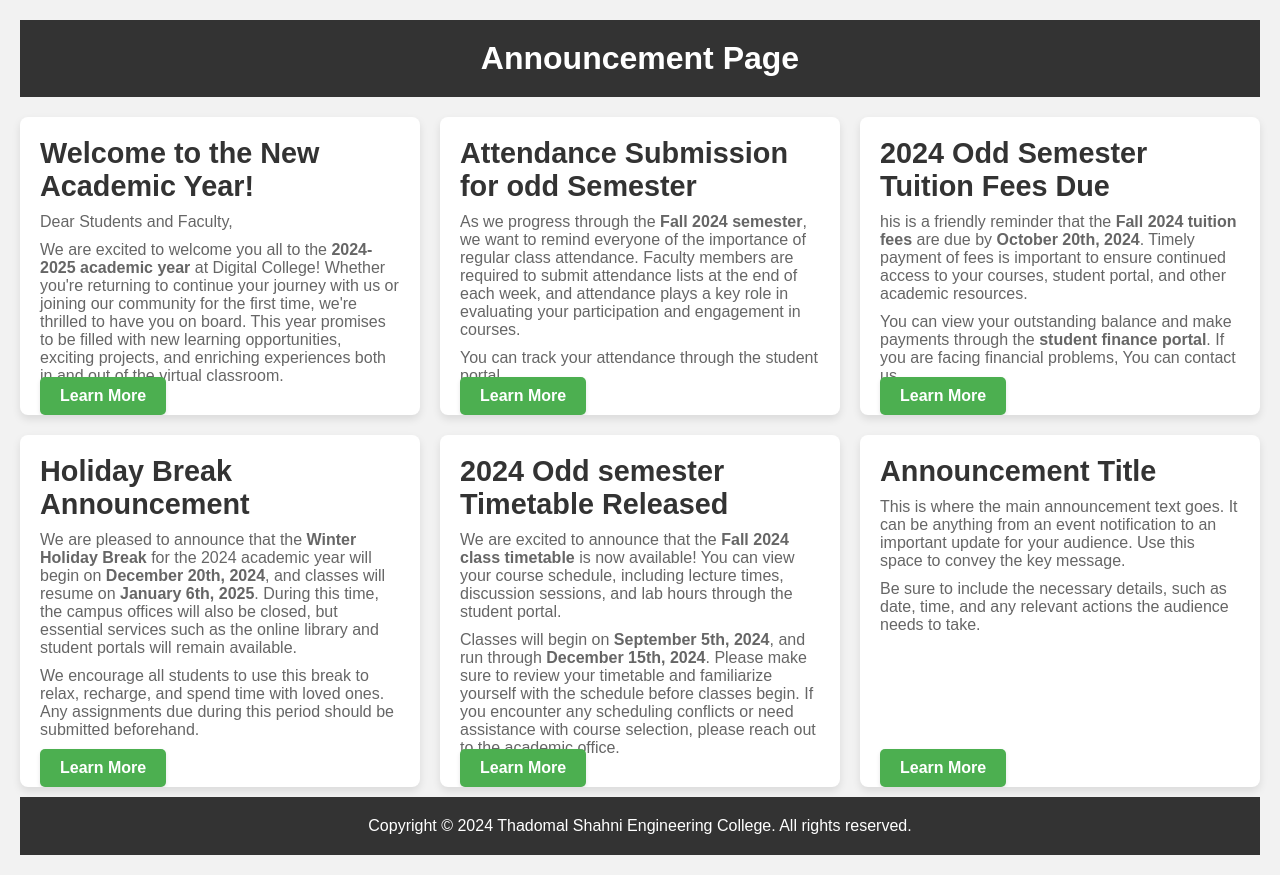
Repository: TejasS1233/MINITHON-hackathon-project
Page: annoucementpage.html
The author's editor kept a copy of each file at every save. The page is drawn from the files as they stood at one save, then again after the next save.
The browser window is 1280 px wide. The pictures show the whole page.

Above is the page before, as saved 2024-09-20 10:14:47.

### annoucementpage.html
<!DOCTYPE html>
<html lang="en">
<head>
    <meta charset="UTF-8">
    <meta name="viewport" content="width=device-width, initial-scale=1.0">
    <meta http-equiv="X-UA-Compatible" content="ie=edge">
    <title>Announcement Page</title>
    <link rel="stylesheet" href="styles.css">
</head>
<body>

    <div class = "announcement-heading">
        <h1>Announcement Page</h1>
    </div>

    <div class="announcement-grid">
    <div class="announcement">
        <h2>Welcome to the New Academic Year!</h2>
        <p>
            Dear Students and Faculty,
        </p>
        <p>
            We are excited to welcome you all to the <strong>2024-2025 academic year</strong> at Digital College!
        Whether you're returning to continue your journey with us or joining our community for the first time,
        we're thrilled to have you on board. This year promises to be filled with new learning opportunities,
        exciting projects, and enriching experiences both in and out of the virtual classroom.
        </p>
        <a href="#" class="cta-button">Learn More</a>
    </div>
    <div class="announcement">
        <h2>Attendance Submission for odd Semester</h2>
        <p>
            As we progress through the <strong>Fall 2024 semester</strong>, we want to remind everyone of the importance of
            regular class attendance. Faculty members are required to submit attendance lists at the end of each week,
            and attendance plays a key role in evaluating your participation and engagement in courses.
        </p>
        <p>
            You can track your attendance through the student portal.
        </p>
        <a href="#" class="cta-button">Learn More</a>
    </div>
    <div class="announcement">
        <h2>2024 Odd Semester Tuition Fees Due</h2>
        <p>
            his is a friendly reminder that the <strong>Fall 2024 tuition fees</strong> are due by <strong>October 20th, 2024</strong>.
            Timely payment of fees is important to ensure continued access to your courses, student portal, and other academic resources.
        </p>
        <p>
            You can view your outstanding balance and make payments through the <strong>student finance portal</strong>. If you are facing financial problems, You can contact us.
        </p>
        <a href="#" class="cta-button">Learn More</a>
    </div>
    <div class="announcement">
        <h2>Holiday Break Announcement</h2>
        <p>
            We are pleased to announce that the <strong>Winter Holiday Break</strong> for the 2024 academic year
        will begin on <strong>December 20th, 2024</strong>, and classes will resume on <strong>January 6th, 2025</strong>.
        During this time, the campus offices will also be closed, but essential services such as the online library
        and student portals will remain available.
        </p>
        <p>
            We encourage all students to use this break to relax, recharge, and spend time with loved ones.
        Any assignments due during this period should be submitted beforehand.
        </p>
        <a href="#" class="cta-button">Learn More</a>
    </div>
    <div class="announcement">
        <h2>2024 Odd semester Timetable Released</h2>
        <p>
            We are excited to announce that the <strong>Fall 2024 class timetable</strong> is now available! You can view your
            course schedule, including lecture times, discussion sessions, and lab hours through the student portal.
        </p>
        <p>
            Classes will begin on <strong>September 5th, 2024</strong>, and run through <strong>December 15th, 2024</strong>.
        Please make sure to review your timetable and familiarize yourself with the schedule before classes begin.  If you encounter any scheduling conflicts or need assistance with course selection, please reach out to the academic office.
        </p>
        <a href="#" class="cta-button">Learn More</a>
    </div>
    <div class="announcement">
        <h2>Announcement Title</h2>
        <p>
            This is where the main announcement text goes. It can be anything from an event notification to
            an important update for your audience. Use this space to convey the key message.
        </p>
        <p>
            Be sure to include the necessary details, such as date, time, and any relevant actions the
            audience needs to take.
        </p>
        <a href="#" class="cta-button">Learn More</a>
    </div>
</div>

    <footer>
        <p> Copyright &copy; 2024 Thadomal Shahni Engineering College. All rights reserved.</p>
    </footer>
</body>
</html>

### styles.css
/* Global Reset */
* {
    margin: 0;
    padding: 0;
    box-sizing: border-box;
}

/* Body Styling */
body {
    font-family: 'Arial', sans-serif;
    background-color: #f2f2f2; /* Light gray background */
    color: #333;
    padding: 20px;
}

/* Announcement Heading */
.announcement-heading {
    background-color: #333; /* Dark gray background for heading */
    color: #fff; /* White text color */
    padding: 20px 0;
    text-align: center;
    margin-bottom: 20px;
}

/* Announcement Grid */
.announcement-grid {
    display: grid;
    grid-template-columns: repeat(auto-fit, minmax(350px, 1fr));
    gap: 20px;
    margin-bottom: 10px;
}

/* Individual Announcement */
.announcement {
    background-color: #fff; /* White background for announcements */
    padding: 20px;
    border-radius: 8px; /* Rounded corners */
    box-shadow: 0 4px 8px rgba(0, 0, 0, 0.1); /* Subtle box shadow */
    overflow: hidden;
    position: relative;
}

.announcement h2 {
    font-size: 1.8em;
    margin-bottom: 10px;
    color: #333; /* Dark text color */
}

.announcement p {
    font-size: 1em;
    margin-bottom: 10px;
    color: #666; /* Slightly darker gray text color */
}

.cta-button {
    display: inline-block;
    background-color: #4CAF50; /* Green button */
    color: #fff; /* White text color */
    padding: 10px 20px;
    text-decoration: none;
    border-radius: 5px;
    margin-top: 10px;
    font-weight: bold;
    transition: background-color 0.3s ease;
    box-shadow: 0 2px 4px rgba(0, 0, 0, 0.1);
    position: absolute;
    bottom: 0;
    overflow: hidden;
    text-align: center;
}

.cta-button:hover {
    background-color: #45a049;
    cursor: pointer;
}

/* Footer Styling */
footer {
    text-align: center;
    padding: 20px 0;
    background-color: #333;
    color: #fff;
    position: relative;
    width: 100%;
}

After the next save:
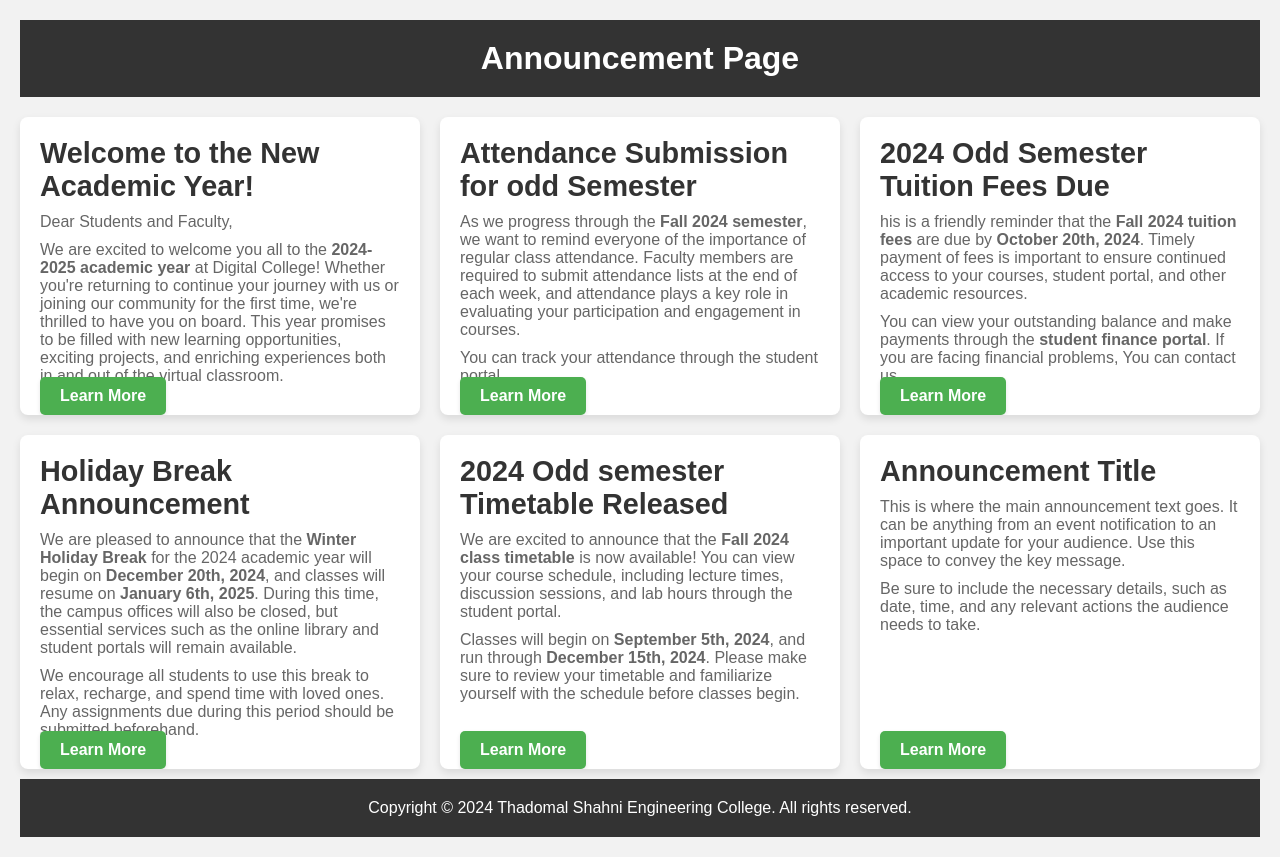
Saved 27 s later.
--- a/annoucementpage.html
+++ b/annoucementpage.html
@@ -72,7 +72,7 @@
         </p>
         <p>
             Classes will begin on <strong>September 5th, 2024</strong>, and run through <strong>December 15th, 2024</strong>.
-        Please make sure to review your timetable and familiarize yourself with the schedule before classes begin.  If you encounter any scheduling conflicts or need assistance with course selection, please reach out to the academic office.
+        Please make sure to review your timetable and familiarize yourself with the schedule before classes begin.
         </p>
         <a href="#" class="cta-button">Learn More</a>
     </div>

After the save that followed:
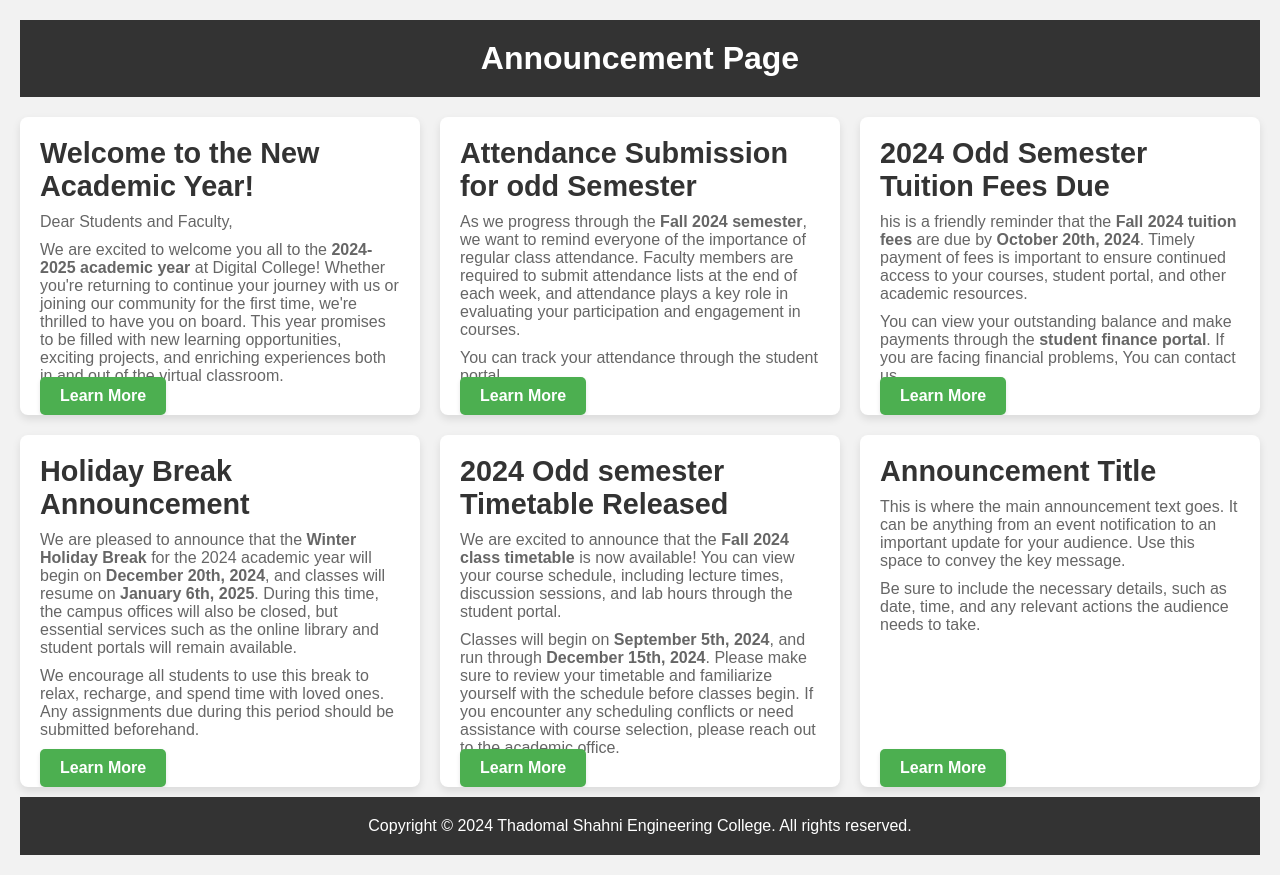
Saved 17 s later.
--- a/annoucementpage.html
+++ b/annoucementpage.html
@@ -72,7 +72,7 @@
         </p>
         <p>
             Classes will begin on <strong>September 5th, 2024</strong>, and run through <strong>December 15th, 2024</strong>.
-        Please make sure to review your timetable and familiarize yourself with the schedule before classes begin.
+        Please make sure to review your timetable and familiarize yourself with the schedule before classes begin.  If you encounter any scheduling conflicts or need assistance with course selection, please reach out to the academic office.
         </p>
         <a href="#" class="cta-button">Learn More</a>
     </div>
